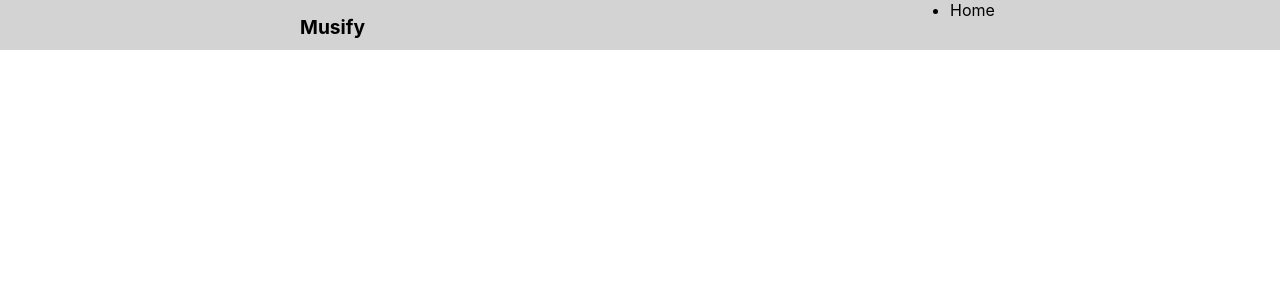
Repository: yuqiant/musify
Page: /home (app in musify/)
These files come from the project's save history. The page is drawn as it stood at one moment and after the next save; the edit follows.
The browser window is 1280 px wide. The pictures show the whole page.
The project was rebuilt for these pictures with package versions that can differ from the ones it lists, and the page was loaded fresh each time. Also part of the build but not shown: musify/src/App.css, musify/src/home/index.js.

Above is the page before, as saved 2023-11-30 00:49:55.

After the next save:
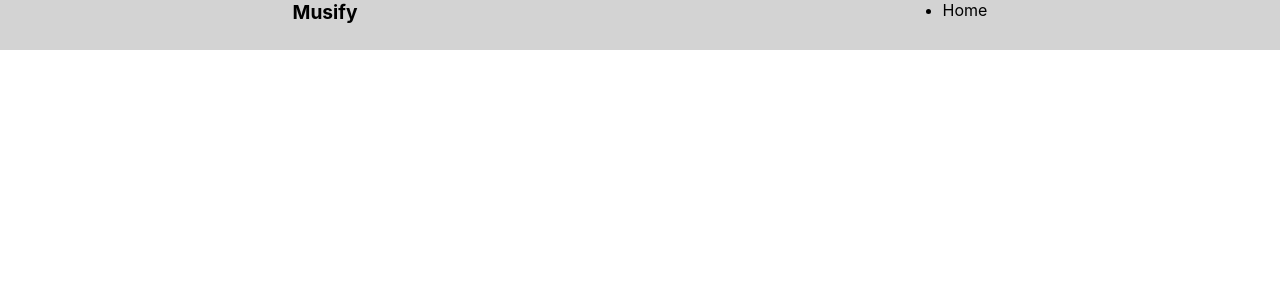
Saved 2 min 13 s later.
--- a/musify/src/navbar/index.css
+++ b/musify/src/navbar/index.css
@@ -69,6 +69,6 @@
 .bold-left-align {
     font-weight: bold;
     text-align: left;
-    padding: 15px 15px;
+    padding-left: 0;
     font-size: 1.2em;
 }
